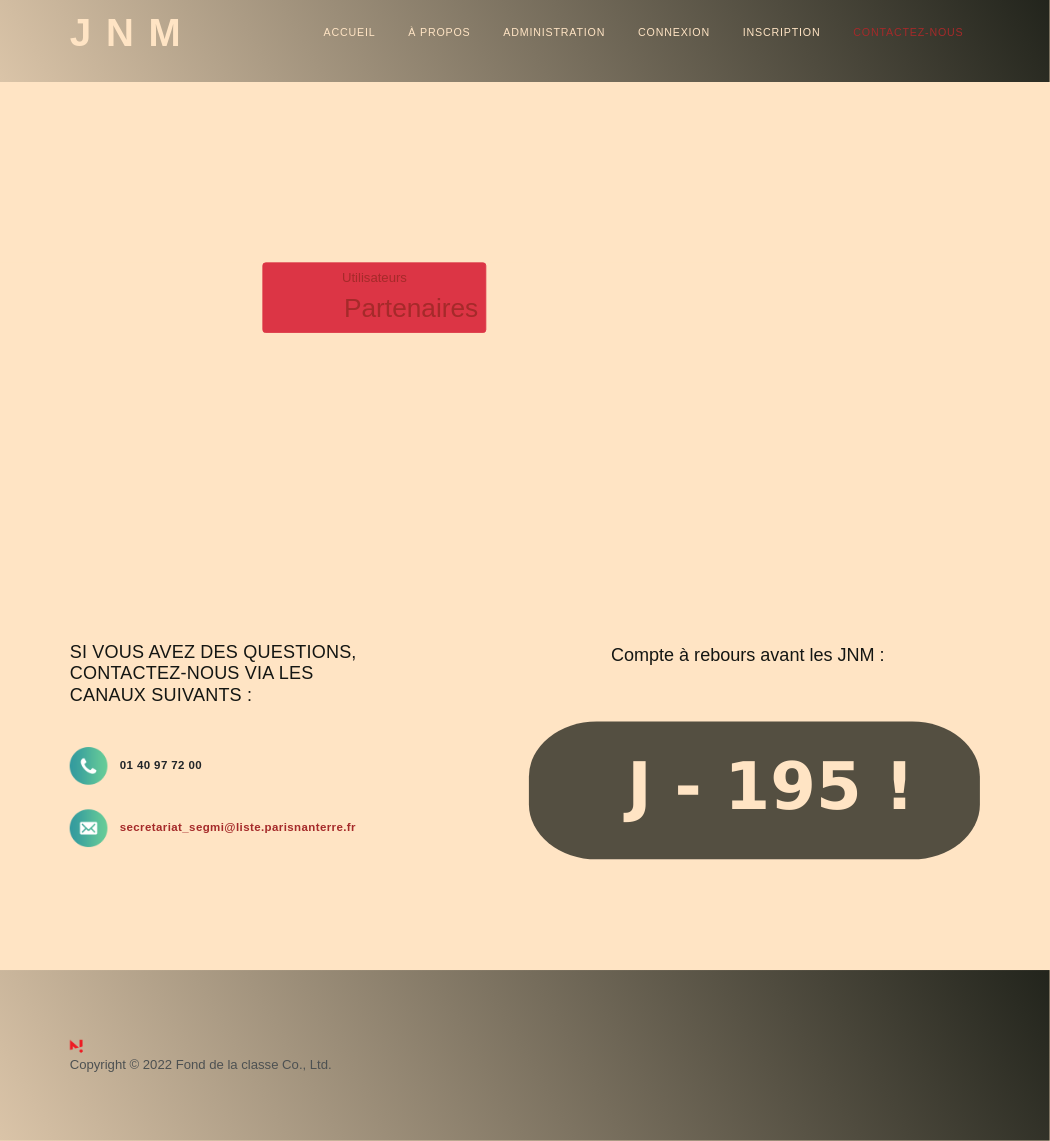
Repository: RiadNadri/ProjetWeb2022
Page: templates/Admin/admin.html.twig
The author's editor kept a copy of each file at every save. The page is drawn from the files as they stood at one save, then again after the next save.
The browser window is 1280 px wide. The pictures show the whole page, at 82% of full size.
Some web fonts or font styles are not loaded; a fallback is used. The page is a Twig template of a Symfony application; nobody is signed in and links lead nowhere. The template is opened directly, without the code that normally fills it, so the values that code supplies are empty.

Above is the page before, as saved 2022-12-24 17:08:59.

After the next save:
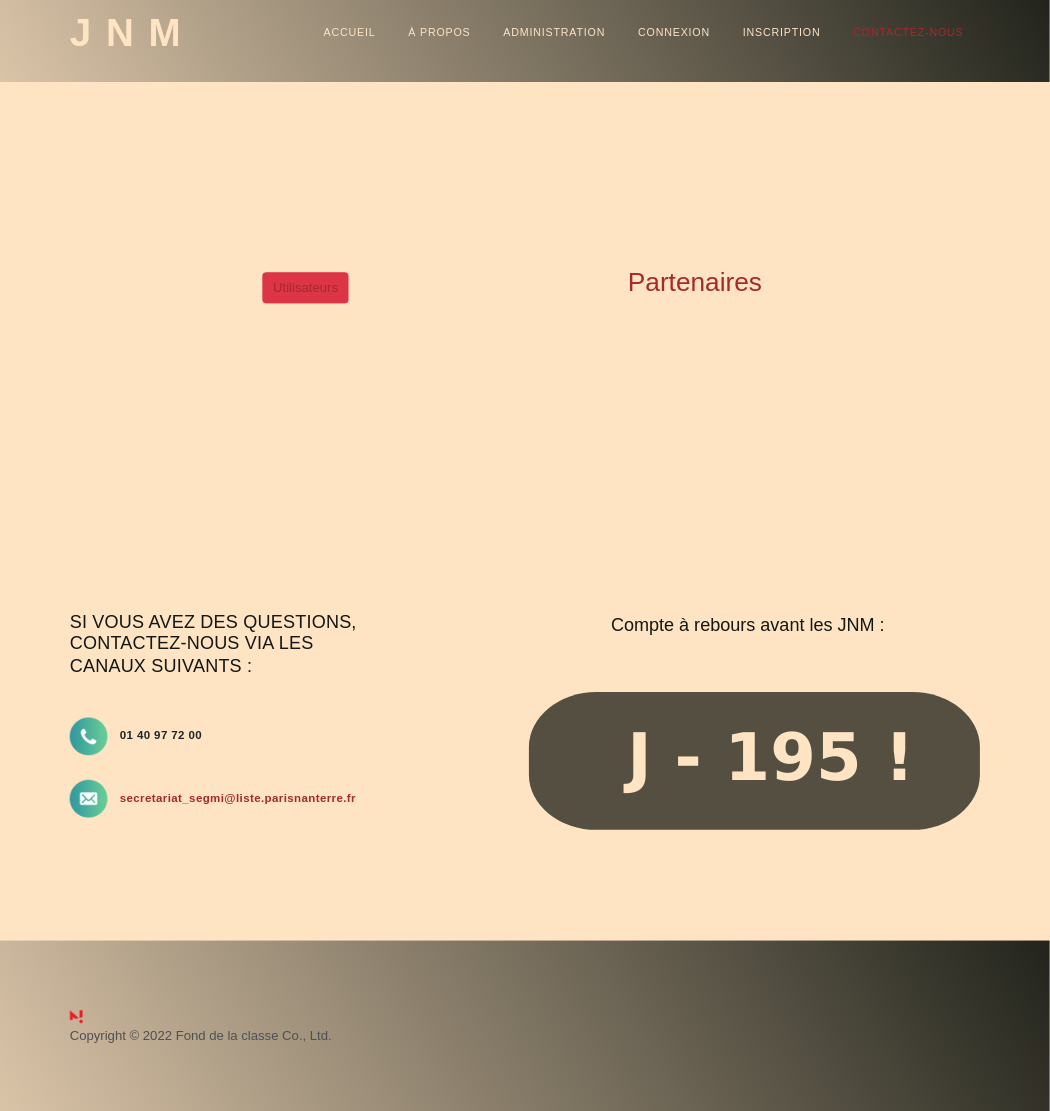
Saved 22 s later.
--- a/templates/Admin/admin.html.twig
+++ b/templates/Admin/admin.html.twig
@@ -20,7 +20,7 @@
 <div class="buttonUser">
     <div class="btn btn-danger" >
         <a href="{{path('app_user')}}">Utilisateurs</a>
-        <a class="buttonPartenaire" href="{{path('app_partenaire')}}">Partenaires</a>
     </div>
+    <a class="buttonPartenaire" href="{{path('app_partenaire')}}">Partenaires</a>
 </div>
 {% endblock %}
